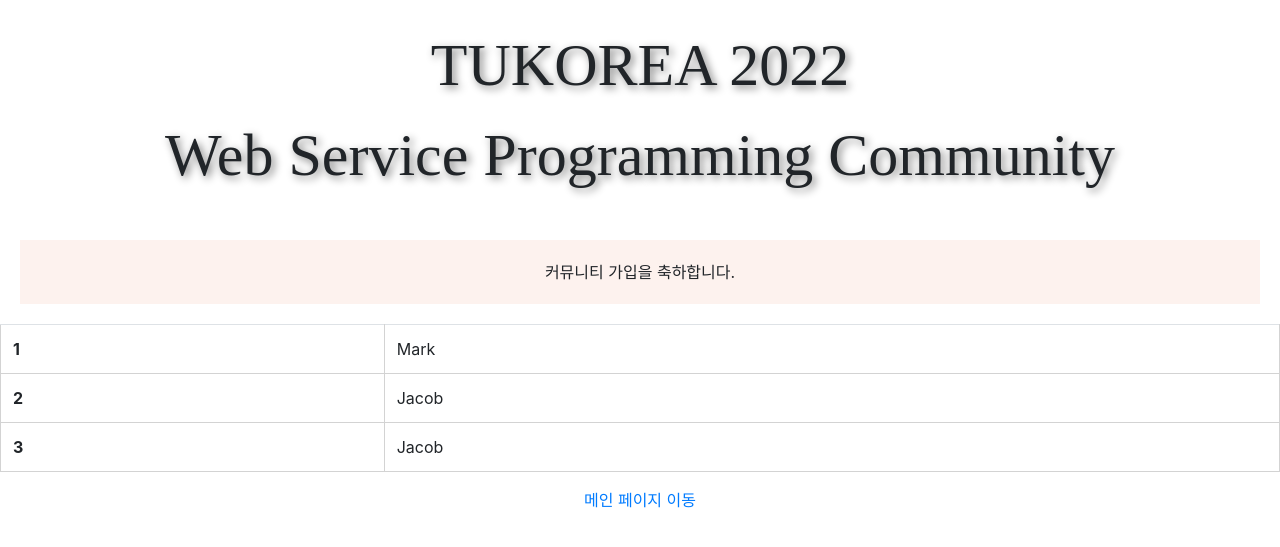
Repository: ljdongz/jsp-project
Page: http://localhost/jeongdong_reg/result.jsp
These files come from the project's save history. The page is drawn as it stood at one moment and after the next save; the edit follows.
The browser window is 1280 px wide. The pictures show the whole page.
The page is served by Tomcat 9.

Above is the page before, as saved 2022-09-27 14:08:58.

After the next save:
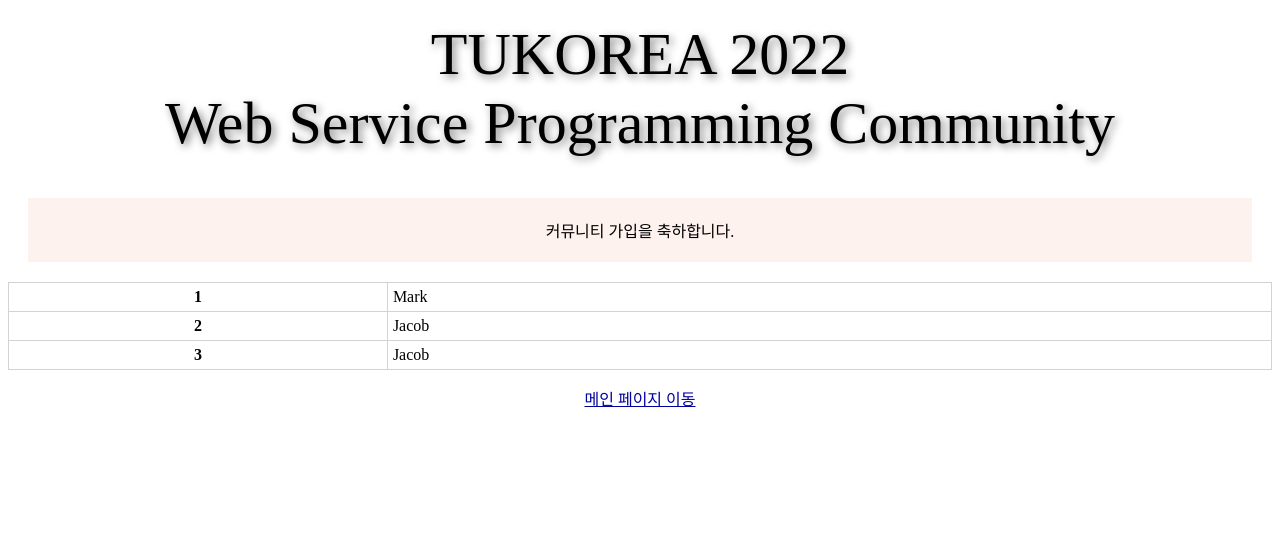
Saved 9 s later.
--- a/project1/jeongdong_reg/src/main/webapp/result.jsp
+++ b/project1/jeongdong_reg/src/main/webapp/result.jsp
@@ -7,10 +7,10 @@
 <title>Result Page</title>
 <link rel="stylesheet" href="resources/register.css" type="text/css"></link>
 
-<link rel="stylesheet"
+<!-- <link rel="stylesheet"
 	href="https://cdn.jsdelivr.net/npm/bootstrap@4.6.2/dist/css/bootstrap.min.css"
 	integrity="sha384-xOolHFLEh07PJGoPkLv1IbcEPTNtaed2xpHsD9ESMhqIYd0nLMwNLD69Npy4HI+N"
-	crossorigin="anonymous">
+	crossorigin="anonymous"> -->
 </head>
 <body>
 	<header>

After the save that followed:
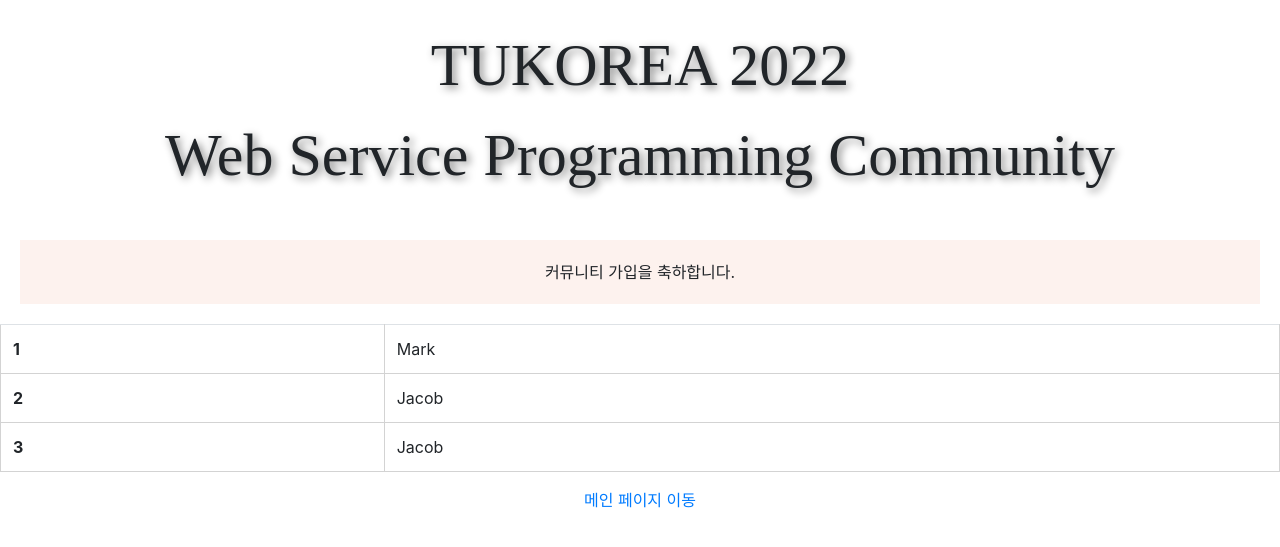
Saved 8 s later.
--- a/project1/jeongdong_reg/src/main/webapp/result.jsp
+++ b/project1/jeongdong_reg/src/main/webapp/result.jsp
@@ -7,10 +7,10 @@
 <title>Result Page</title>
 <link rel="stylesheet" href="resources/register.css" type="text/css"></link>
 
-<!-- <link rel="stylesheet"
+<link rel="stylesheet"
 	href="https://cdn.jsdelivr.net/npm/bootstrap@4.6.2/dist/css/bootstrap.min.css"
 	integrity="sha384-xOolHFLEh07PJGoPkLv1IbcEPTNtaed2xpHsD9ESMhqIYd0nLMwNLD69Npy4HI+N"
-	crossorigin="anonymous"> -->
+	crossorigin="anonymous">
 </head>
 <body>
 	<header>
